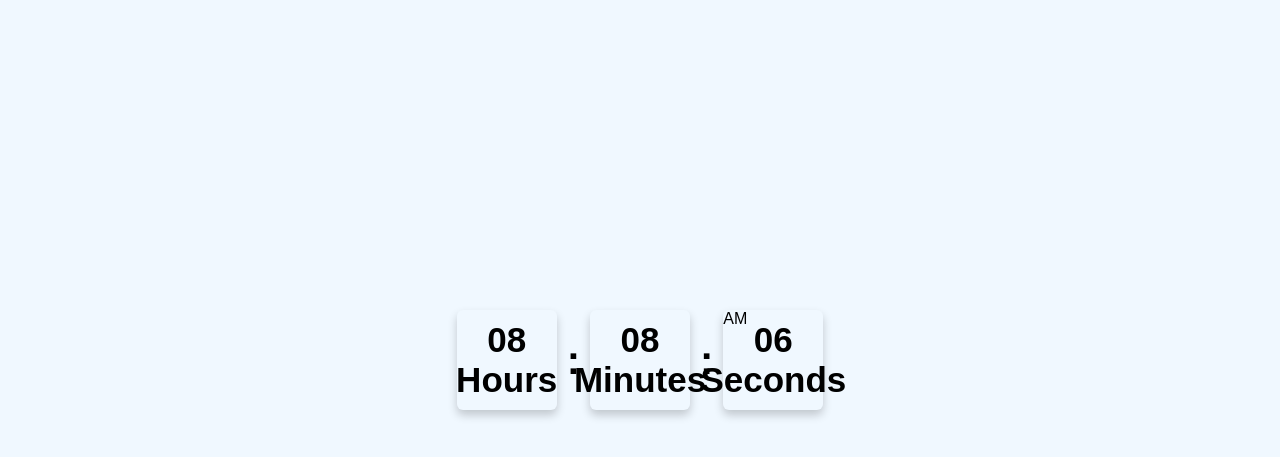
Repository: HueVu99/ComPonents
Page: Dynamic Digital Clock/index.html
The author's editor kept a copy of each file at every save. The page is drawn from the files as they stood at one save, then again after a run of saves.
The browser window is 1280 px wide. The pictures show the whole page.

Above is the page before, as saved 2022-07-08 16:39:58.

After the next 3 saves:
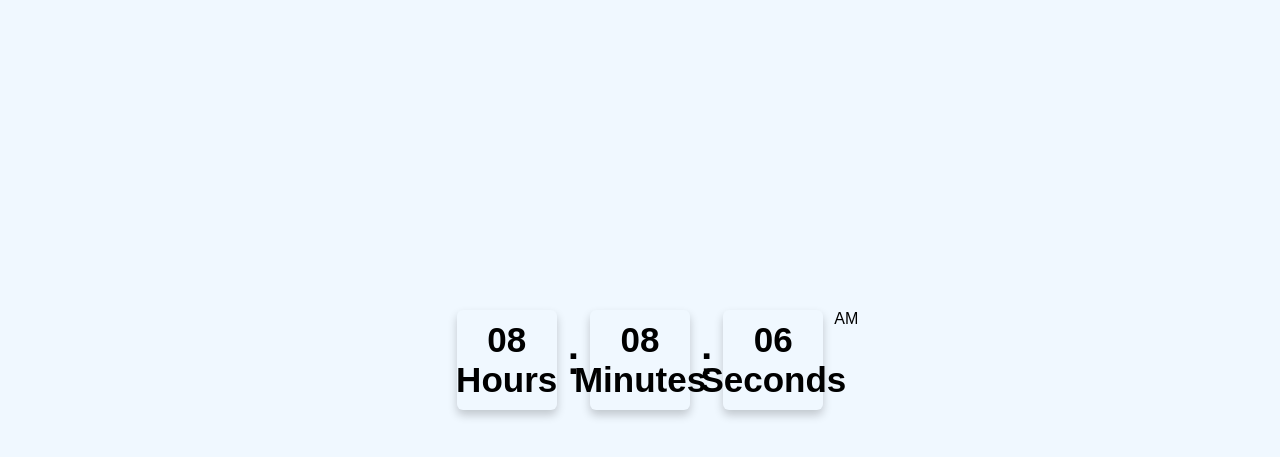
The 3 saves are shown as one change because they came seconds apart.
The last was saved 10 s later.
--- a/Dynamic Digital Clock/style.css
+++ b/Dynamic Digital Clock/style.css
@@ -38,7 +38,7 @@ section .container .time{
     position: relative;
     position: absolute;
     top: 0;
-    ri
+    right: -35px;
 }
 .time .time-colon .time-text{
     width: 100px;
